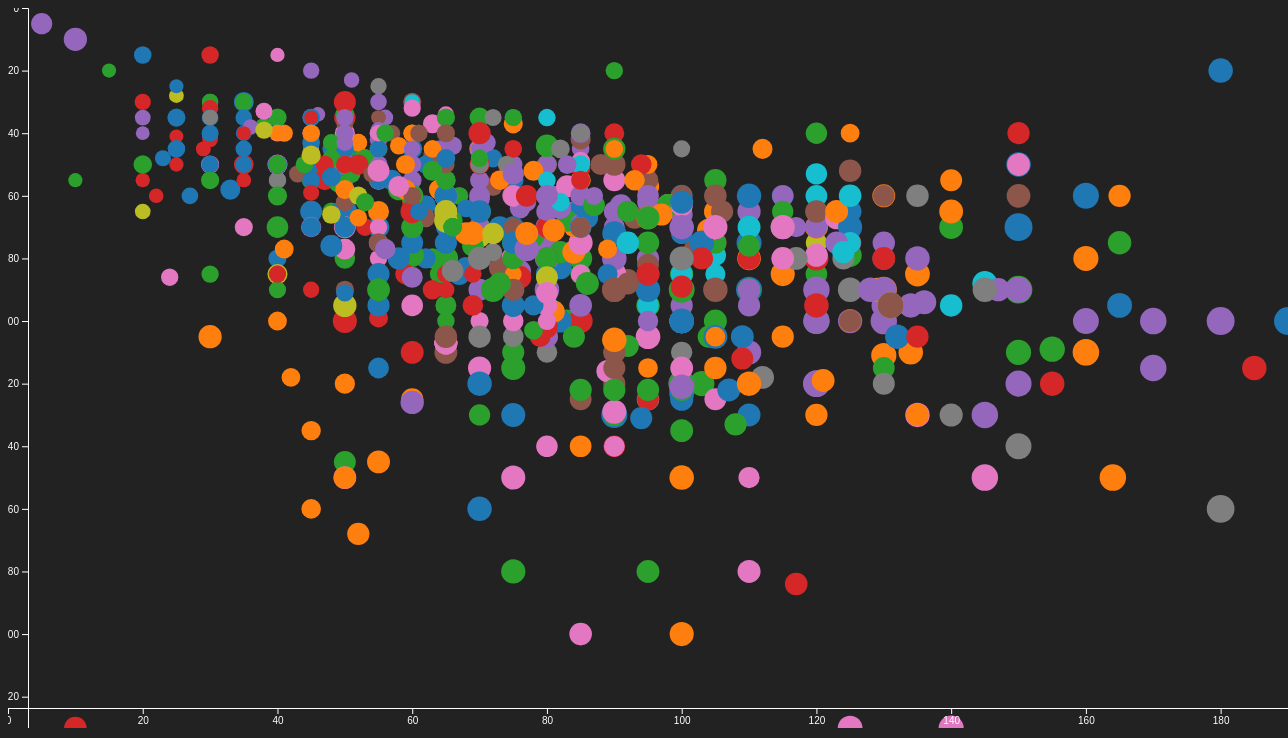
Repository: Cartterr/Proyecto-VisInfo
Page: Propuesta2_Atributos_Burbujas.html
An editor plug-in stored every save of this project. The page is shown before and after the next save, followed by the edit.
The browser window is 1280 px wide. The page is 1288 px wide, so the pictures cover 1288 px, including what lies to the right of the window. The pictures show the whole page.

Above is the page before, as saved 2023-06-21 03:51:26.

After the next save:
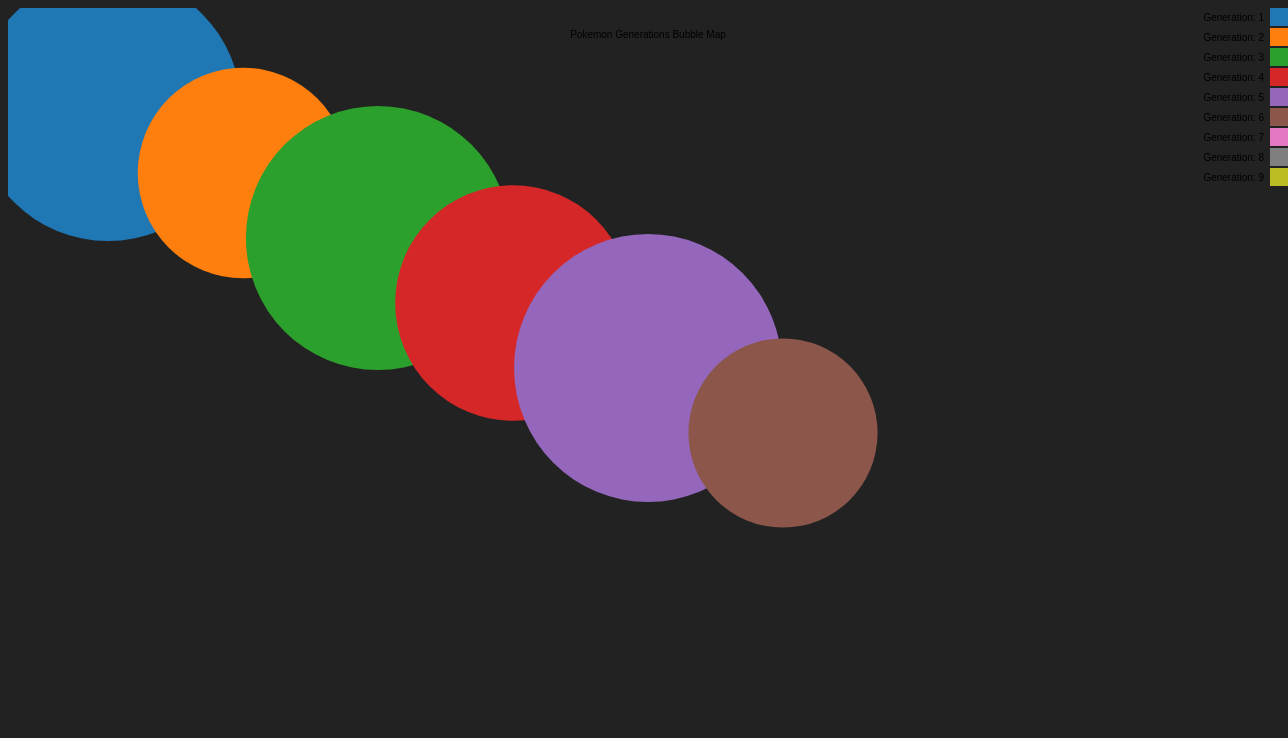
Saved 2 min 4 s later.
--- a/Propuesta2_Atributos_Burbujas.js
+++ b/Propuesta2_Atributos_Burbujas.js
@@ -1,8 +1,11 @@
 // script.js
 
-d3.csv("pokemon.csv").then(data => {
+Promise.all([
+    d3.csv("pokemon.csv"),
+    d3.csv("generacion_region.csv")
+]).then(([pokemonData, regionData]) => {
     // Parse numeric attributes
-    data.forEach(d => {
+    pokemonData.forEach(d => {
         d["#"] = +d["#"];
         d.Total = +d.Total;
         d.HP = +d.HP;
@@ -14,40 +17,78 @@ d3.csv("pokemon.csv").then(data => {
         d.Generation = +d.Generation;
     });
 
-    const color = d3.scaleOrdinal(d3.schemeCategory10);
+    regionData.forEach(d => {
+        d.Generation = +d.Generation;
+        d["Number of Pokémon"] = +d["Number of Pokémon"];
+    });
 
-    const svg = d3.select("body").append("svg")
+    // Aggregating total stats per generation
+    let statsPerGeneration = d3.nest()
+        .key(d => d.Generation)
+        .rollup(v => d3.sum(v, d => d.Total))
+        .entries(pokemonData);
+
+    // Add total stats to region data
+    regionData.forEach(d => {
+        let matchedGeneration = statsPerGeneration.find(g => g.key == d.Generation);
+        if (matchedGeneration) {
+            d.TotalStats = matchedGeneration.value;
+        } else {
+            d.TotalStats = 0;
+        }
+    });
+
+    // Generate artificial coordinates for simplicity
+    let xCoord = d3.scalePoint()
+        .domain(regionData.map(d => d.Region))
+        .range([100, window.innerWidth - 100]);
+
+    let yCoord = d3.scalePoint()
+        .domain(regionData.map(d => d.Region))
+        .range([100, window.innerHeight - 100]);
+
+    let color = d3.scaleOrdinal(d3.schemeCategory10);
+
+    let svg = d3.select("#chart").append("svg")
         .attr("width", window.innerWidth)
         .attr("height", window.innerHeight);
 
-    const xScale = d3.scaleLinear()
-        .domain([0, d3.max(data, d => d.Attack)])
-        .range([0, window.innerWidth]);
+    svg.append("text")
+        .attr("x", window.innerWidth / 2 )
+        .attr("y", 30)
+        .style("text-anchor", "middle")
+        .text("Pokemon Generations Bubble Map");
 
-    const yScale = d3.scaleLinear()
-        .domain([0, d3.max(data, d => d.Defense)])
-        .range([0, window.innerHeight]);
-
-    const circle = svg.selectAll("circle")
-        .data(data)
+    let bubbles = svg.selectAll("circle")
+        .data(regionData)
         .enter()
         .append("circle")
-        .attr("cx", d => xScale(d.Attack))
-        .attr("cy", d => yScale(d.Defense))
-        .attr("r", d => Math.sqrt(d.Total) / 2) // Use square root to calculate radius so the area represents 'Total'
-        .style("fill", d => color(d['Type 1'])); // Colors based on 'Type 1'
+        .attr("cx", d => xCoord(d.Region))
+        .attr("cy", d => yCoord(d.Region))
+        .attr("r", d => Math.sqrt(d.TotalStats) / 2)
+        .style("fill", d => color(d.Generation));
 
-    const xAxis = d3.axisBottom(xScale);
-    const yAxis = d3.axisLeft(yScale);
+    bubbles.append("title")
+        .text(d => `Region: ${d.Region}\nGeneration: ${d.Generation}\nTotal Stats: ${d.TotalStats}`);
 
-    svg.append("g")
-        .attr("transform", "translate(0," + (window.innerHeight - 20) + ")")
-        .call(xAxis);
+    let legend = svg.selectAll(".legend")
+        .data(regionData)
+        .enter().append("g")
+        .attr("class", "legend")
+        .attr("transform", function(d, i) { return "translate(0," + i * 20 + ")"; });
 
-    svg.append("g")
-        .attr("transform", "translate(20,0)")
-        .call(yAxis);
+    legend.append("rect")
+        .attr("x", window.innerWidth - 18)
+        .attr("width", 18)
+        .attr("height", 18)
+        .style("fill", d => color(d.Generation));
 
+    legend.append("text")
+        .attr("x", window.innerWidth - 24)
+        .attr("y", 9)
+        .attr("dy", ".35em")
+        .style("text-anchor", "end")
+        .text(d => `Generation: ${d.Generation}`);
 }).catch(error => {
     console.log(error);
 });
